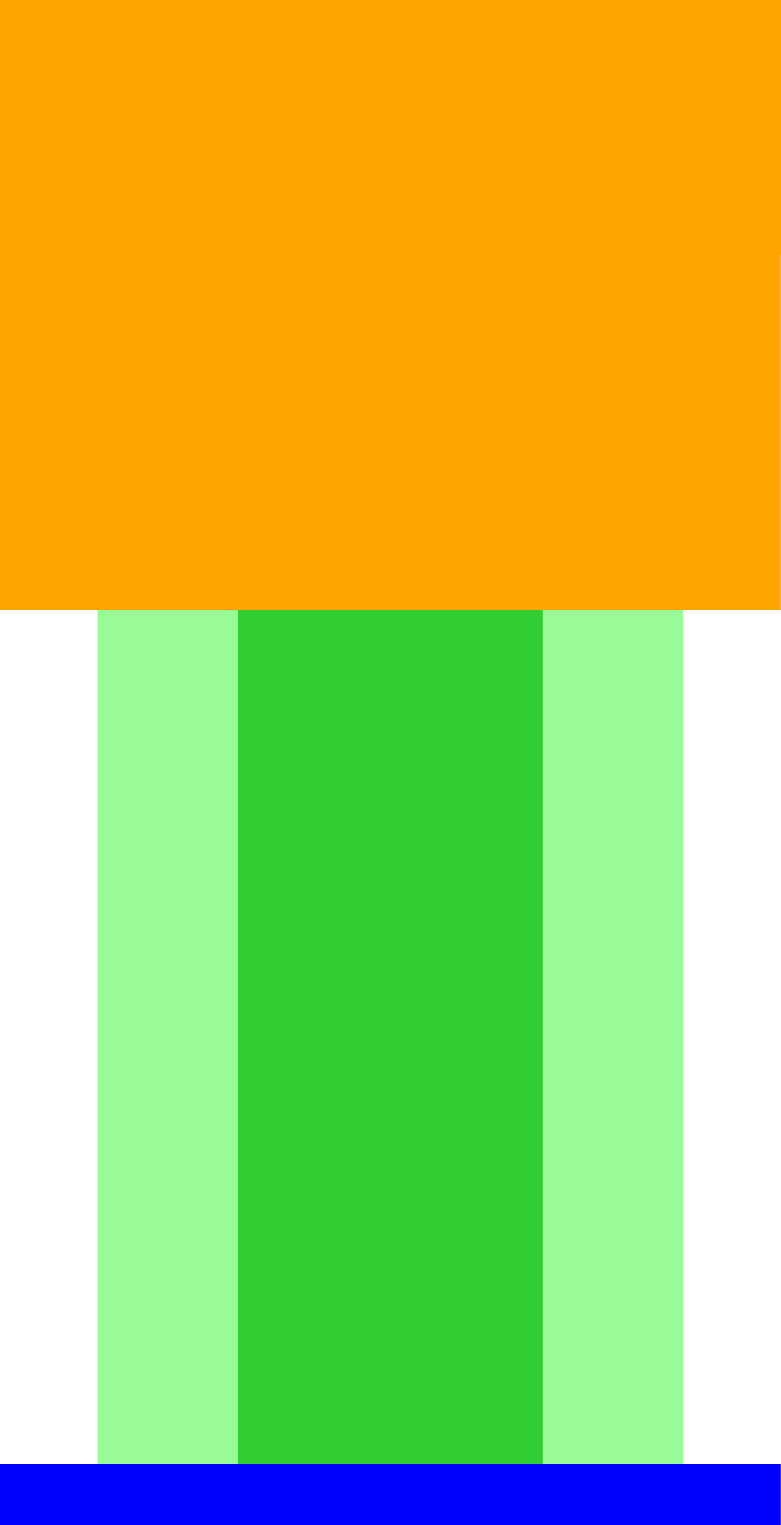
Repository: NANAKUNITA/chapter10
Page: chapter4/chapter4.html
The author's editor kept a record of every edit. The page is drawn from the files as they stood at one moment, then again after the next edit.
The browser window is 1280 px wide. The pictures show the whole page, at 61% of full size.

Above is the page before.

### chapter4/chapter4.html
<!DOCTYPE html>
<html lang="ja">
  <head>
    <meta charset="UTF-8">
    <link rel="stylesheet" href="chapter4.css"/>
    <title>4章演習</title>
  </head>

  <body>
    <div class="header"></div>

    <div class="main-visual"></div>

    <div class="main">
      <div class="sidebar-left"></div>
      <div class="blog"></div>
      <div class="sidebar-right"></div>
    </div>

    <div class="footer"></div>
  </body>
</html>

### chapter4/chapter4.css
*{
  margin:0;
  padding:0;
  box-sizing:border-box;
}

.main-visual{
  width:100%;
  height:500px;
  background-color:orange;
}

.header{
  width:100%;
  height:500px;
  background-color:orange;
}

.main{
  width:960px;
  display:flex;
  justify-content:center;
  margin:0 auto;
}

.sidebar-left{
  width:230px;
  height:1400px;
  background-color:palegreen;
}

.blog{
  width:500px;
  height:1400px;
  background-color:limegreen;
}

.sidebar-right{
  width:230px;
  height:1400px;
  background-color:palegreen;
}

.footer{
  width:100%;
  height:100px;
  background-color:blue;
}

After the next edit:
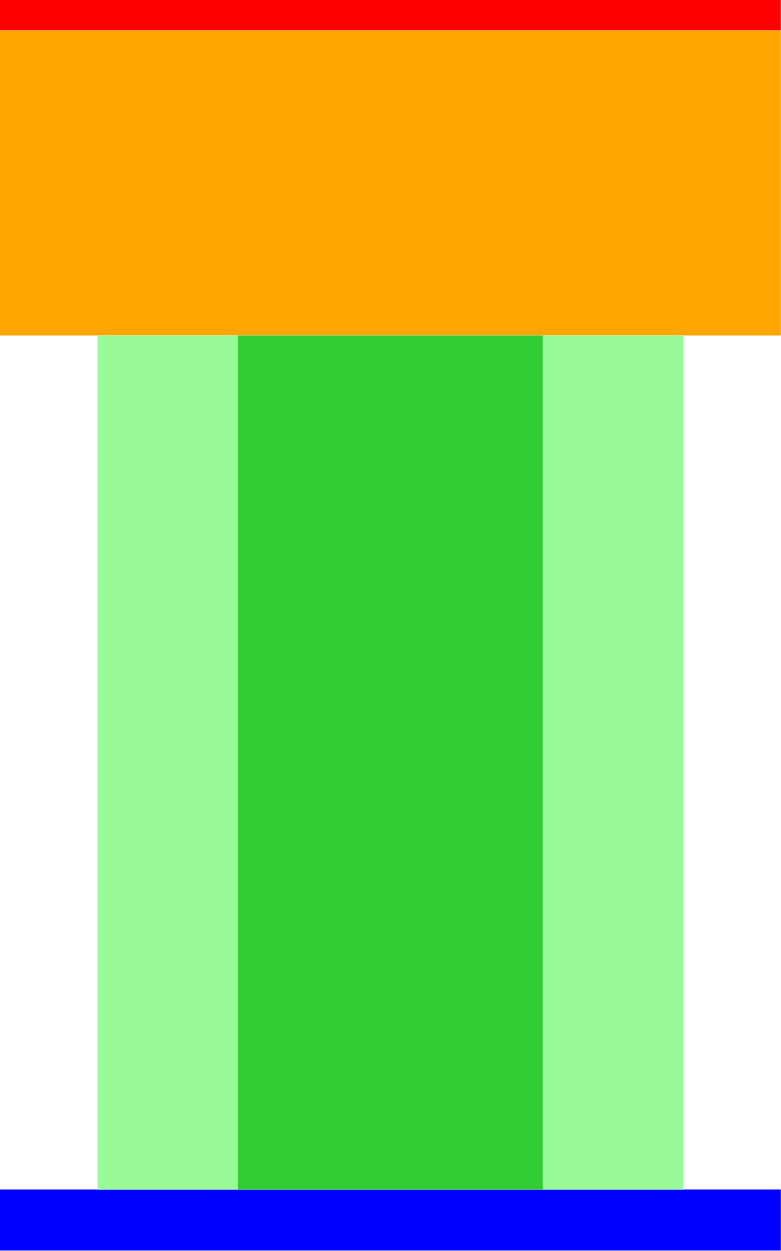
The edit:
--- a/chapter4/chapter4.css
+++ b/chapter4/chapter4.css
@@ -12,8 +12,8 @@
 
 .header{
   width:100%;
-  height:500px;
-  background-color:orange;
+  height:50px;
+  background-color:red;
 }
 
 .main{
